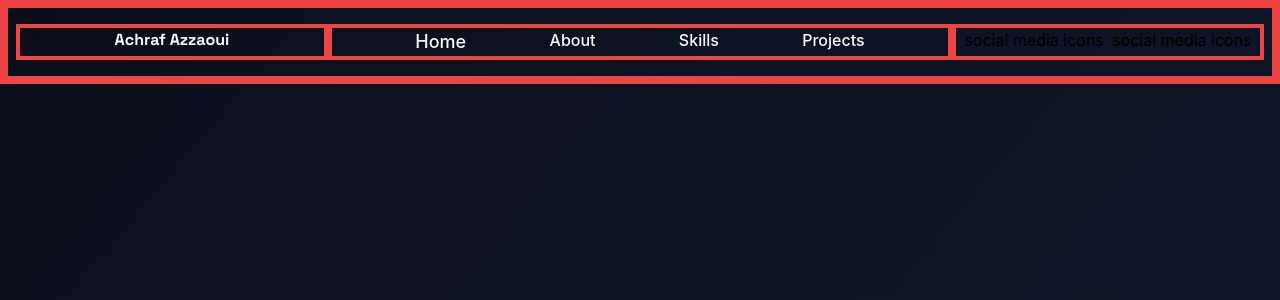
Repository: AchrafAzzaoui/Portfolio-Website
Page: / (app in achrafs-portfolio/)
These files come from the project's save history. The page is drawn as it stood at one moment and after a run of saves; the edit follows.
The browser window is 1280 px wide. The pictures show the whole page.
Some web fonts or font styles are not loaded; a fallback is used. The project was rebuilt for these pictures with package versions that can differ from the ones it lists, and the page was loaded fresh each time. Also part of the build but not shown: achrafs-portfolio/vite.config.ts.

Above is the page before, as saved 2025-01-02 21:34:46.

### achrafs-portfolio/index.html
<!DOCTYPE html>
<html lang="en">
  <head>
    <meta charset="UTF-8" />
    <link rel="icon" type="image/svg+xml" href="/vite.svg" />
    <meta name="viewport" content="width=device-width, initial-scale=1.0" />
    <!-- Inter for body text -->
    <link rel="preconnect" href="https://rsms.me/" />
    <link rel="stylesheet" href="https://rsms.me/inter/inter.css" />

    <!-- Space Grotesk for headlines -->
    <link rel="preconnect" href="https://fonts.googleapis.com" />
    <link rel="preconnect" href="https://fonts.gstatic.com" crossorigin />
    <link
      href="https://fonts.googleapis.com/css2?family=Space+Grotesk:wght@500;600;700&display=swap"
      rel="stylesheet"
    />
    <title>Achraf's Portfolio Website</title>
  </head>
  <body>
    <div id="root"></div>
    <script type="module" src="/src/main.tsx"></script>
  </body>
</html>

### achrafs-portfolio/src/index.css
@tailwind base;
@tailwind components;
@tailwind utilities;
@tailwind base;
@tailwind components;
@tailwind utilities;

@layer base {
  * {
    margin: 0;
    padding: 0;
    box-sizing: border-box;
  }

  html {
    scroll-behavior: smooth;
  }

  body {
    @apply font-sans antialiased;
  }

  ul,
  ol {
    list-style: none;
  }

  a {
    text-decoration: none;
    color: inherit;
  }

  img {
    max-width: 100%;
    height: auto;
  }

  button {
    background: none;
    border: none;
    cursor: pointer;
  }
}

### achrafs-portfolio/src/App.tsx
import "./index.css";
import Header from "./components/layout/Header.tsx";
export default function App() {
  return (
    <div className="min-h-screen bg-gradient-dark">
      <Header />
    </div>
  );
}

### achrafs-portfolio/src/components/layout/Header.tsx
import { useState } from "react";

export default function Header() {
  const [isMenuOpen, setIsMenuOpen] = useState(false);

  return (
    <header className="px-2 py-4 border-8 border-red-500">
      <nav className="flex ">
        <div className="basis-1/4 flex-auto flex justify-center align-middle font-display font-bold text-dark-text-primary border-4 border-red-500">
          <h2>Achraf Azzaoui</h2>
        </div>
        <div className="basis-2/4 flex-auto flex justify-evenly align-middle border-4 border-red-500">
          <a
            href="#home"
            className="font-sans font-medium text-dark-text-primary text-lg"
          >
            Home
          </a>
          <a
            href="#about"
            className="font-sans font-medium text-dark-text-primary"
          >
            About
          </a>
          <a
            href="#skills"
            className="font-sans font-medium text-dark-text-primary"
          >
            Skills
          </a>
          <a
            href="#projects"
            className="font-sans font-medium text-dark-text-primary"
          >
            Projects
          </a>
        </div>
        <div className="basis-1/4 flex-auto flex justify-evenly align-middle border-4 border-red-500">
          <h1>social media icons</h1>
          <h1>social media icons</h1>
        </div>
      </nav>
    </header>
  );
}

### achrafs-portfolio/tailwind.config.js
/** @type {import('tailwindcss').Config} */
const defaultTheme = require("tailwindcss/defaultTheme");

export default {
  content: ["./index.html", "./src/**/*.{js,ts,jsx,tsx}"],
  theme: {
    extend: {
      backgroundImage: {
        "gradient-dark":
          "linear-gradient(130deg, #0A0F1A 0%, #0C1322 40%, #0E1628 100%)",
        "gradient-light":
          "linear-gradient(130deg, #F8FAFC 0%, #EEF2F6 40%, #E2E8F0 100%)", // Light theme gradient
      },
      colors: {
        // Dark theme
        dark: {
          text: {
            primary: "#F8FAFC", // Almost white
            secondary: "#94A3B8", // Lighter gray
            muted: "#64748B", // Muted gray
          },
        },
        // Light theme
        light: {
          text: {
            primary: "#0F172A", // Very dark blue/gray
            secondary: "#334155", // Dark gray
            muted: "#64748B", // Same as dark for balance
          },
        },
      },
      fontFamily: {
        sans: ["Inter", ...defaultTheme.fontFamily.sans],
        display: ["Space Grotesk", ...defaultTheme.fontFamily.sans],
      },
    },
  },
  plugins: [],
};

Loaded but not shown: achrafs-portfolio/src/main.tsx (common file)

After the next 2 saves:
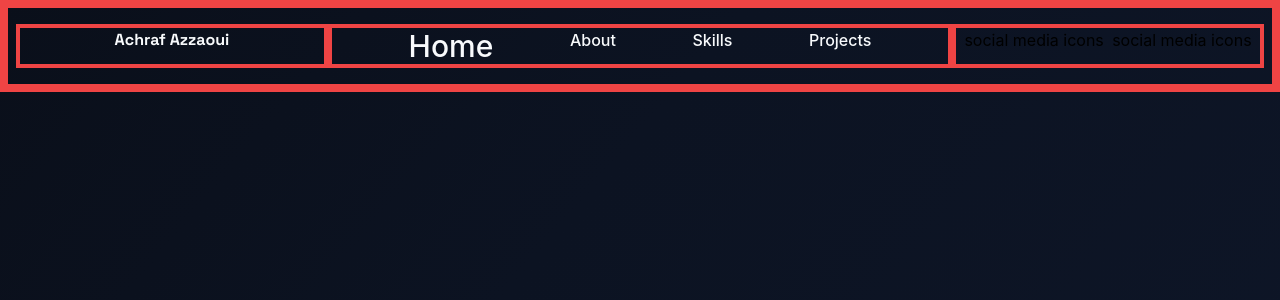
The 2 saves are shown as one change because they came seconds apart.
The last was saved 15 s later.
--- a/achrafs-portfolio/src/components/layout/Header.tsx
+++ b/achrafs-portfolio/src/components/layout/Header.tsx
@@ -12,7 +12,7 @@ export default function Header() {
         <div className="basis-2/4 flex-auto flex justify-evenly align-middle border-4 border-red-500">
           <a
             href="#home"
-            className="font-sans font-medium text-dark-text-primary text-lg"
+            className="font-sans font-medium text-dark-text-primary text-3xl"
           >
             Home
           </a>
